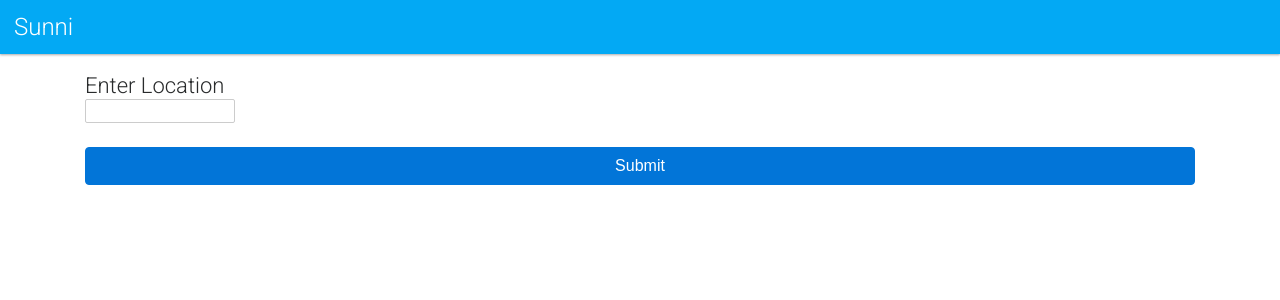
Repository: Oakga/Weather_app
Page: index.html
The author's editor kept a copy of each file at every save. The page is drawn from the files as they stood at one save, then again after the next save.
The browser window is 1280 px wide. The pictures show the whole page.

Above is the page before, as saved 2017-09-21 23:50:06.

### index.html
<!DOCTYPE html>
<html>
<head>
    <meta charset="utf-8">
    <link rel="stylesheet" href="https://maxcdn.bootstrapcdn.com/bootstrap/4.0.0-alpha.6/css/bootstrap.min.css" integrity="sha384-rwoIResjU2yc3z8GV/NPeZWAv56rSmLldC3R/AZzGRnGxQQKnKkoFVhFQhNUwEyJ" crossorigin="anonymous">
    <link href='http://fonts.googleapis.com/css?family=Roboto:400,300,700' rel='stylesheet' type='text/css'>
    <link href="css/styles.css" rel="stylesheet" type="text/css">
    <script src="https://unpkg.com/axios/dist/axios.min.js"></script>
</head>
<body>
    <header>
        <h1>Sunni</h1>
    </header>
    <div class="container">
        <h2>Enter Location</h2>
        <form id="location-form">
            <input type="text" id="location-input" class="form-control form-control-lg "/>
            <br>
            <button type="submit" class="btn btn-primary btn-block">Submit</button>
          </form>
        <div id="formatted-address"></div>
        <div id="address-components"></div>
        <div id="geometry-component"></div>
    </div>
    <script src="js/main.js"></script>
</body>
</html>

### css/styles.css
body {
    font-family: 'Roboto', 'Sans Serif';
    font-size: 16px;
    padding: 0;
    margin: 0;
}

header {
    background-color: #03A9F4;
    padding: 14px;
    box-shadow: 0 1px 3px rgba(0,0,0,0.12), 0 1px 2px rgba(0,0,0,0.24);
}

h1, h2, h3 {
    font-weight: 300;
}

header > h1 {
    font-weight: 300;
    font-size: 24px;
    margin: 0;
    color: #FFFFFF;
}

h2 {
    font-size: 22px;
    margin: 20px 0 0 0;
}

h2 > .currency {
    color: #0288D1;
}

h3 {
    margin: 10px 0 28px 0;
}

h3 > span {
    color: #0288D1;
}

.principal {
    color: #0288D1;
}

.interest {
    color: #EF6C00;
}

input[type=text] {
    -webkit-appearance: none;
    width: 150px;
    height: 24px;
    padding: 3px 8px;
    font-size: 14px;
    line-height: 1.42857143;
    color: #555;
    border: 1px solid #ccc;
    border-radius: 2px;
    -webkit-box-shadow: none;
    box-shadow: none;
}

table {
    border-collapse: collapse;
    font-weight: 300;
    font-size: 12px;
}

th {
    text-align: right;
    font-weight: 400;
}

td {
    text-align: right;
    padding: 0 .5rem;
}

th,
td {
    border: solid 1px #EEEEEE !important;
    padding: 1px 4px;
}

label {
    display: inline-block;
    width: 80px;
    text-align: right;
    margin-right: 4px;
}

.content {
    padding: 20px;
}

.bar {
    display: inline-block;
    border: none;
    height: 8px;
}

.bar.principal {
    background-color: #0288D1;
    margin-right:1px;
}

.bar.interest {
    background-color: #EF6C00;
    margin-left:1px;
}

.stretch {
    width: 100%;
    padding-left:0;
    padding-right:0;
}

.flex {
    display: -webkit-flex;
    display: flex;
}

.currency::before {
    content:"$";
}

.left {
    text-align: left;
}

.form > div {
    margin: 6px 0;
}

button {
    text-transform: none;
    -webkit-appearance: none;
    cursor: pointer;
    padding: 12px 18px;
    border-radius: 2px;
    background: #FCFCFC;
    font-size: 16px;
    border: solid 1px #ddd;
    color: #444;
}

button:hover {
    background: #F4F4F4;
    border: solid 1px #ccc;
}

button:active {
    background: #FEFEFE;
    border: solid 1px #ddd;
}

button:focus {
    outline:0;
}

### js/main.js
let geoCode = (location) => {
    axios.get('https://maps.googleapis.com/maps/api/geocode/json',{
    params:{
        address: location,
        key: 'AIzaSyAkYBjwd7ygcP8GpAz47QsP3s3vaweLAE0'
    }
}).then(function(response){
    console.log(response);
    const formattedAddr = response.data.results[0].formatted_address;
    const formattedAddrOutput = `
    <ul class="list-group">
    <li class="list-group-item">
    ${formattedAddr}
    </li>
    </ul>
    `;
    let addressComponents = response.data.results[0].address_components;
    let lat = response.data.results[0].geometry.location.lat;
    let lng = response.data.results[0].geometry.location.lng;


    let geometryOutput = `
    <ul class="list-group">
    <li class="list-group-item">
    <strong>
    Latitude
    </strong>: ${lat}
    </li>
    <li class="list-group-item">
    <strong>
    Longitude
    </strong>: ${lng}
    </li>
    </ul>
    `;
    document.getElementById('formatted-address').innerHTML = formattedAddrOutput;
    document.getElementById('geometry-component').innerHTML = geometryOutput;


})
.catch(function(error){
    const formattedAddrOutput = `
    <ul class="list-group">
    <li class="list-group-item">
    Unknown location
    </li>
    </ul>
    `;
    document.getElementById('formatted-address').innerHTML = formattedAddrOutput;
})
};

document.getElementById('location-form').addEventListener('submit', function (e){
    e.preventDefault();
    let location = document.getElementById('location-input').value;
    geoCode(location);
});

After the next save:
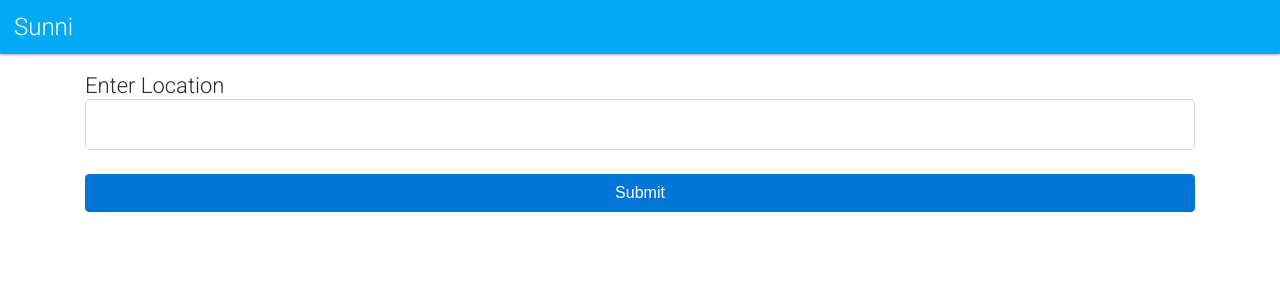
Saved 10 s later.
--- a/css/styles.css
+++ b/css/styles.css
@@ -38,123 +38,3 @@ h3 {
 h3 > span {
     color: #0288D1;
 }
-
-.principal {
-    color: #0288D1;
-}
-
-.interest {
-    color: #EF6C00;
-}
-
-input[type=text] {
-    -webkit-appearance: none;
-    width: 150px;
-    height: 24px;
-    padding: 3px 8px;
-    font-size: 14px;
-    line-height: 1.42857143;
-    color: #555;
-    border: 1px solid #ccc;
-    border-radius: 2px;
-    -webkit-box-shadow: none;
-    box-shadow: none;
-}
-
-table {
-    border-collapse: collapse;
-    font-weight: 300;
-    font-size: 12px;
-}
-
-th {
-    text-align: right;
-    font-weight: 400;
-}
-
-td {
-    text-align: right;
-    padding: 0 .5rem;
-}
-
-th,
-td {
-    border: solid 1px #EEEEEE !important;
-    padding: 1px 4px;
-}
-
-label {
-    display: inline-block;
-    width: 80px;
-    text-align: right;
-    margin-right: 4px;
-}
-
-.content {
-    padding: 20px;
-}
-
-.bar {
-    display: inline-block;
-    border: none;
-    height: 8px;
-}
-
-.bar.principal {
-    background-color: #0288D1;
-    margin-right:1px;
-}
-
-.bar.interest {
-    background-color: #EF6C00;
-    margin-left:1px;
-}
-
-.stretch {
-    width: 100%;
-    padding-left:0;
-    padding-right:0;
-}
-
-.flex {
-    display: -webkit-flex;
-    display: flex;
-}
-
-.currency::before {
-    content:"$";
-}
-
-.left {
-    text-align: left;
-}
-
-.form > div {
-    margin: 6px 0;
-}
-
-button {
-    text-transform: none;
-    -webkit-appearance: none;
-    cursor: pointer;
-    padding: 12px 18px;
-    border-radius: 2px;
-    background: #FCFCFC;
-    font-size: 16px;
-    border: solid 1px #ddd;
-    color: #444;
-}
-
-button:hover {
-    background: #F4F4F4;
-    border: solid 1px #ccc;
-}
-
-button:active {
-    background: #FEFEFE;
-    border: solid 1px #ddd;
-}
-
-button:focus {
-    outline:0;
-}
